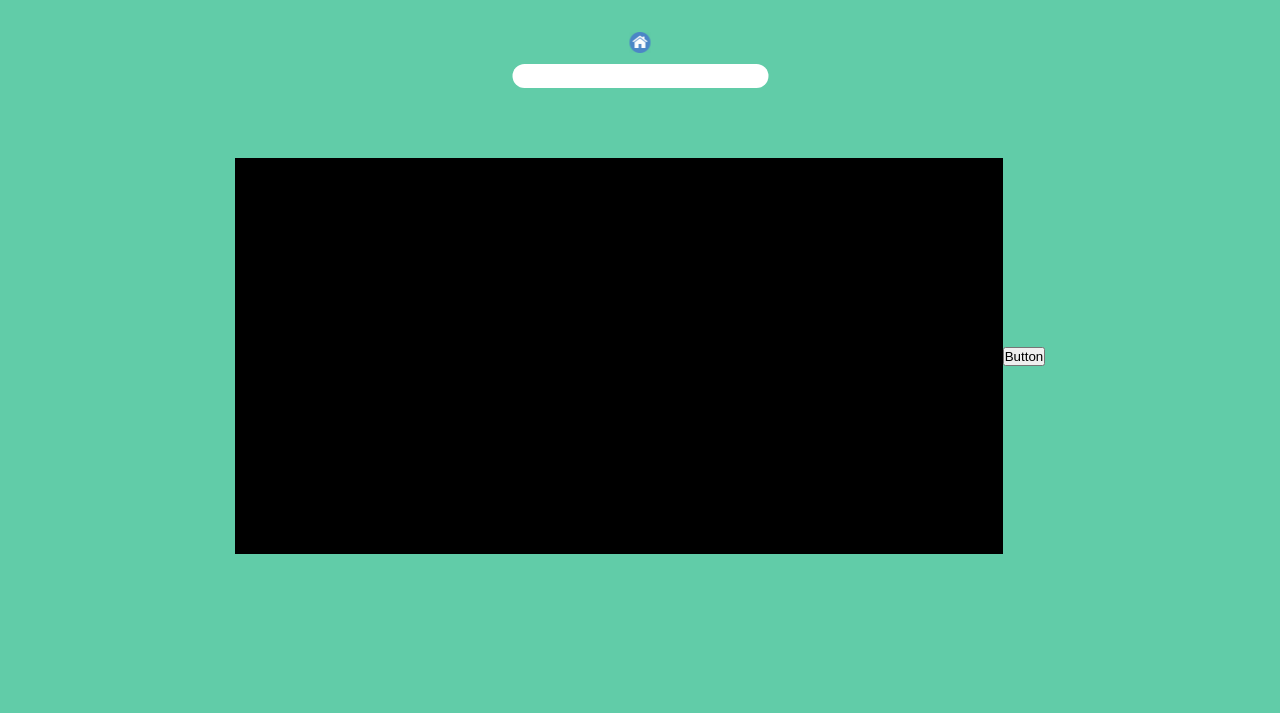
Repository: gitveerak/git-message-chat
Page: demo/demo1.html
An editor plug-in stored every save of this project. The page is shown before and after the next save, followed by the edit.
The browser window is 1280 px wide. The pictures show the whole page.

Above is the page before, as saved 2025-04-20 18:19:51.

After the next save:
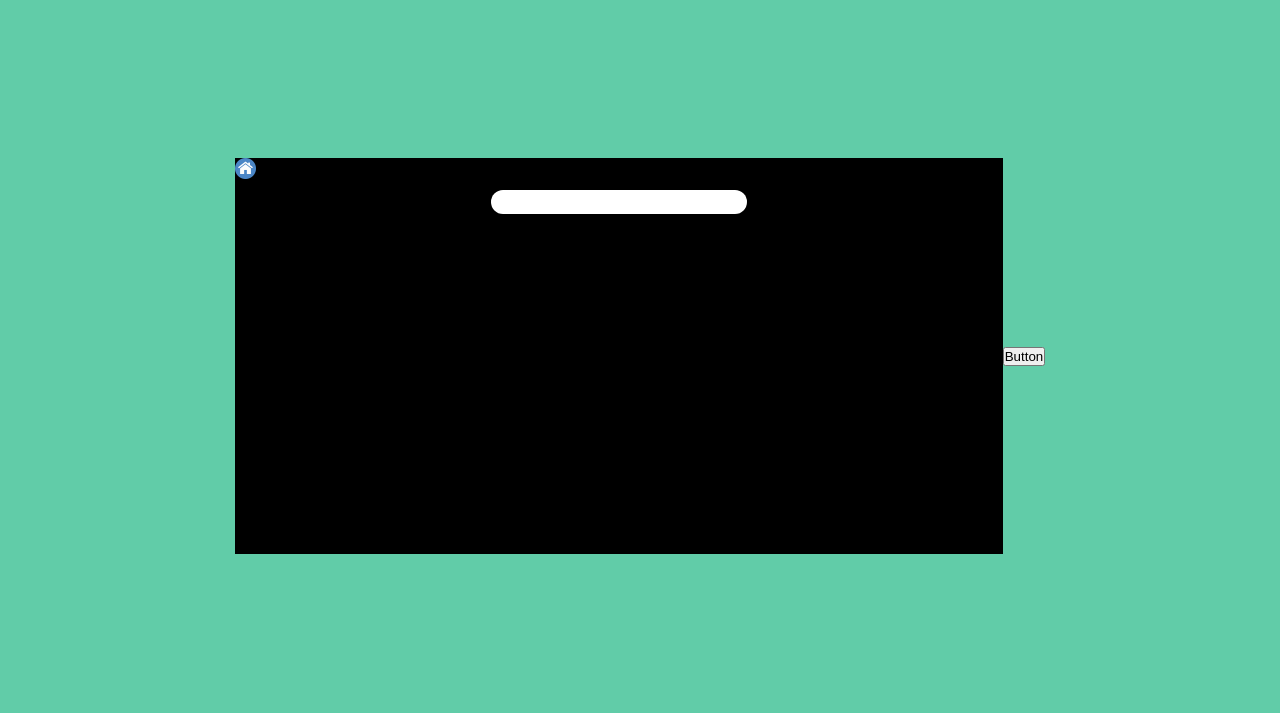
Saved 30 s later.
--- a/demo/demo1.html
+++ b/demo/demo1.html
@@ -24,12 +24,8 @@
             height: 55vh;
             position: relative;
         }
-        .img_icon{
+        .icon{
             vertical-align: bottom;
-            position: fixed;
-            top: 2em;
-            left: 50%;
-            transform: translateX(-50%);
         }
         .icon_bar{
             position: absolute;
@@ -47,7 +43,7 @@
     <div class="wrap">
         <div class="wrap_inner">
             <div class="img_icon">
-                <img src="home.png" alt="home_png">
+                <img class="icon" src="home.png" alt="home_png">
                 <div class="icon_bar">
                 </div>
             </div>
